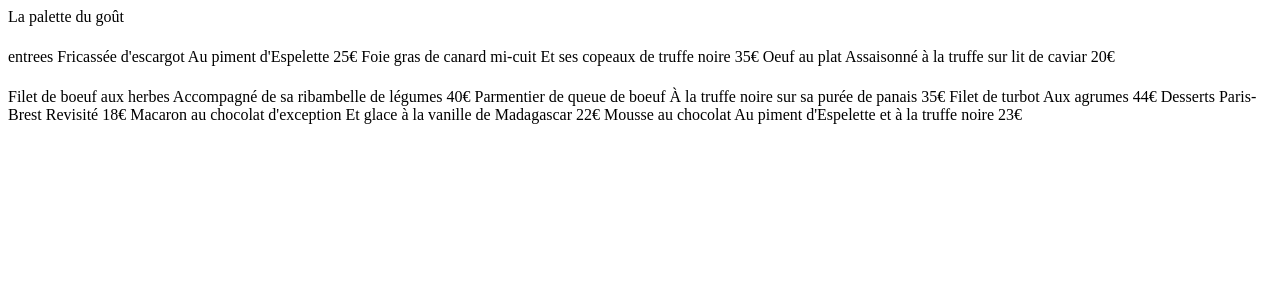
Repository: lysianebo/OHMYFOOD
Page: la_palette_du_goût.html
The author's editor kept a copy of each file at every save. The page is drawn from the files as they stood at one save, then again after the next save.
The browser window is 1280 px wide. The pictures show the whole page.

Above is the page before, as saved 2022-10-22 15:14:43.

### la_palette_du_goût.html
<!DOCTYPE html>
<html lang="en">
<head>
    <meta charset="UTF-8">
    <meta http-equiv="X-UA-Compatible" content="IE=edge">
    <meta name="viewport" content="width=device-width, initial-scale=1.0">
    <title>Document</title>
</head>
<body>
    La palette du goût

    <h5></h5>entrees
    Fricassée d'escargot
    Au piment d'Espelette
    25€

    Foie gras de canard mi-cuit
    Et ses copeaux de truffe noire
    35€

    Oeuf au plat
    Assaisonné à la truffe sur lit de caviar
    20€


    <h5></h5>
    Filet de boeuf aux herbes
    Accompagné de sa ribambelle de légumes
    40€

    Parmentier de queue de boeuf
    À la truffe noire sur sa purée de panais
    35€

    Filet de turbot
    Aux agrumes
    44€

    Desserts
    Paris-Brest
    Revisité
    18€

    Macaron au chocolat d'exception
    Et glace à la vanille de Madagascar
    22€

    Mousse au chocolat
    Au piment d'Espelette et à la truffe noire
    23€

</body>
</html>

After the next save:
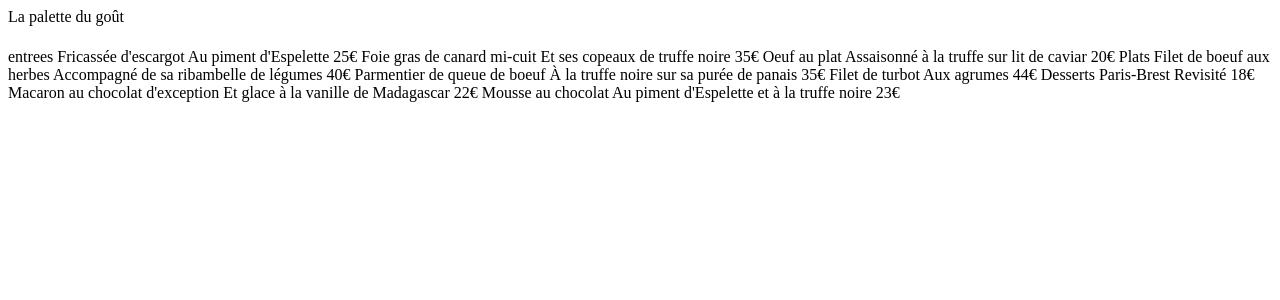
Saved 6 s later.
--- a/la_palette_du_goût.html
+++ b/la_palette_du_goût.html
@@ -23,7 +23,7 @@
     20€
 
 
-    <h5></h5>
+    Plats
     Filet de boeuf aux herbes
     Accompagné de sa ribambelle de légumes
     40€
